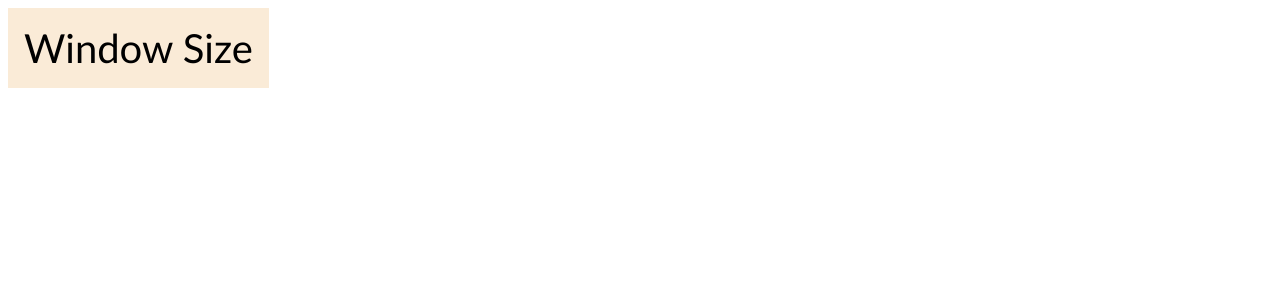
Repository: sephinejo/frontend-browser-101
Page: browser/window_size.html
An editor plug-in stored every save of this project. The page is shown before and after the next save, followed by the edit.
The browser window is 1280 px wide. The pictures show the whole page.

Above is the page before, as saved 2023-05-10 12:24:05.

### browser/window_size.html
<!DOCTYPE html>
<html lang="en">
  <head>
    <meta charset="UTF-8" />
    <meta http-equiv="X-UA-Compatible" content="IE=edge" />
    <meta name="viewport" content="width=device-width, initial-scale=1.0" />
    <title>Window Sizes</title>
    <style>
      .tag {
        display: inline-block;
        background-color: antiquewhite;
        padding: 16px;
        font-size: 40px;
        font-family: 'Gill Sans', 'Gill Sans MT', Calibri, 'Trebuchet MS',
          sans-serif;
      }
    </style>
  </head>
  <body>
    <div class="tag">Window Size</div>
    <script>
      function updateTag() {
        const tag = document.querySelector('.tag');
        tag.innerHTML = `
        window.screen: ${window.screen.width}, ${window.screen.height} <br />
        window.outer: ${window.outerWidth}, ${window.outerHeight} <br />
        window.inner: ${window.innerWidth}, ${window.innerHeight} <br />
        documentElement.clientWidth: ${document.documentElement.clientWidth}, ${document.documentElement.clientHeight}
        `;
      }
      const tag = document.querySelector('.tag');
      window.addEventListener('resize', () => {
        updateTag();
      });
    </script>
  </body>
</html>

After the next save:
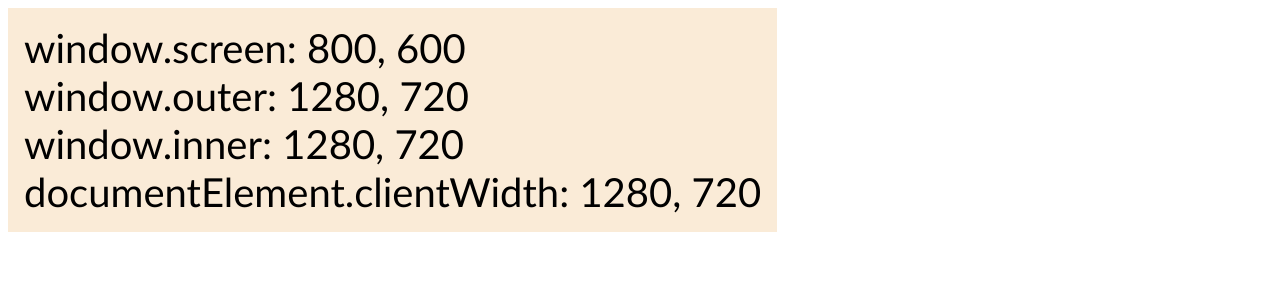
Saved 3 min 31 s later.
--- a/browser/window_size.html
+++ b/browser/window_size.html
@@ -28,10 +28,10 @@
         documentElement.clientWidth: ${document.documentElement.clientWidth}, ${document.documentElement.clientHeight}
         `;
       }
-      const tag = document.querySelector('.tag');
       window.addEventListener('resize', () => {
         updateTag();
       });
+      updateTag();
     </script>
   </body>
 </html>
